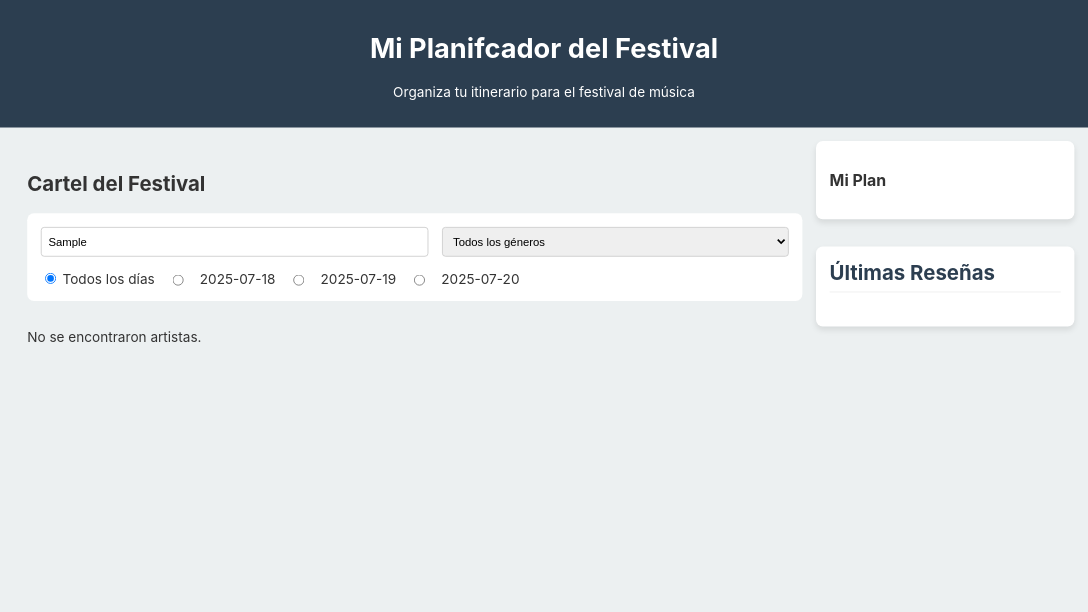
Repository: covaa15/DWEC
Page: Examen12_12_2025/index.html
These files come from the project's save history. The page is drawn as it stood at one moment and after the next save; the edit follows.
The browser window is 1280 px wide. The pictures show the whole page, at 85% of full size.
Empty fields were first filled with sample values (such as "Sample", 5 or name@example.com).
After loading, the first visible `#search-name` was changed once.

Above is the page before, as saved 2025-12-12 13:47:22.
Console error: ReferenceError: TodosInputs is not defined

### Examen12_12_2025/index.html
<!DOCTYPE html>
<html lang="es">
<head>
    <meta charset="UTF-8">
    <meta name="viewport" content="width=device-width, initial-scale=1.0">
    <title>Festival</title>
    <link rel="stylesheet" href="css/style.css">
</head>
<body>
    <!-- Encabezado principal de la aplicación -->
    <header>
        <h1>Mi Planifcador del Festival</h1>
        <p>Organiza tu itinerario para el festival de música</p>
    </header>

    <!-- Contenedor principal de la aplicación: organiza el dashboard y la columna derecha -->
    <div class="container">
        <!-- Sección principal del dashboard: muestra el cartel del festival y los filtros -->
        <main id="dashboard">
            <h2>Cartel del Festival</h2>
            <!-- Formulario de filtros para buscar y categorizar artistas -->
            <form id="filter-form">
                <input type="text" id="search-name" placeholder="Buscar por nombre...">
                <select id="filter-genre">
                    <option value="">Todos los géneros</option>
                    <!-- Las opciones de género se cargarán aquí dinámicamente mediante JavaScript -->
                </select>
                <div id="filter-day" class="radio-group">
                    <label><input type="radio" name="day" value="" checked> Todos los días</label>
                    <!-- Las opciones de día se cargarán aquí dinámicamente mediante JavaScript -->
                </div>
            </form>
            <!-- Contenedor donde se mostrarán las tarjetas de los artistas filtrados -->
            <div id="artist-list" class="grid-container">
                <!-- Las tarjetas de artistas se insertarán aquí por JavaScript -->
            </div>
        </main>

        <!-- Columna lateral derecha: contiene el plan del usuario y las reseñas -->
        <div class="right-column">
            <!-- Sección para el plan personalizado del usuario -->
            <aside id="my-plan-container">
                <h3>Mi Plan</h3>
                <!-- Lista donde se añadirán las actuaciones seleccionadas por el usuario -->
                <ul id="plan-list">
                    <!-- Las actuaciones añadidas aparecerán aquí por JavaScript -->
                </ul>
            </aside>
            <!-- Sección para mostrar las reseñas de los artistas -->
            <section id="reviews-section">
                <h2>Últimas Reseñas</h2>
                <!-- Contenedor donde se mostrarán las tarjetas de las reseñas -->
                <div id="reviews-list">
                    <!-- Las reseñas se insertarán aquí por JavaScript -->
                </div>
            </section>
        </div>
    </div>

    <!-- Modal para el formulario de reseña (inicialmente oculto) -->
    <div id="review-modal" class="modal-overlay" style="display: none;">
        <div class="modal-content">
            <button class="close-modal">&times;</button>
            <h3 id="modal-artist-name">Dejar reseña para...</h3>
            <!-- Formulario de reseña del artista. La validación se realiza en el cliente. -->
            <form id="review-form" novalidate>
                <div class="form-group">
                    <label>Calificación:</label>
                    <div class="star-rating">
                        <!-- Campos de radio para la calificación por estrellas (5 a 1) -->
                        <input type="radio" id="star5" name="rating" value="5" required><label for="star5" title="5 stars">★</label>
                        <input type="radio" id="star4" name="rating" value="4"><label for="star4" title="4 stars">★</label>
                        <input type="radio" id="star3" name="rating" value="3"><label for="star3" title="3 stars">★</label>
                        <input type="radio" id="star2" name="rating" value="2"><label for="star2" title="2 stars">★</label>
                        <input type="radio" id="star1" name="rating" value="1"><label for="star1" title="1 star">★</label>
                    </div>
                    <span class="error-message"></span>
                </div>
                <div class="form-group">
                    <label for="comment">Comentario:</label>
                    <textarea id="comment" name="comment" rows="4" minlength="15" required></textarea>
                    <span class="error-message"></span>
                </div>
                <div class="form-group">
                    <label for="email">Email:</label>
                    <input type="email" id="email" name="email" required>
                    <span class="error-message"></span>
                </div>
                <button type="submit">Enviar Reseña</button>
            </form>
        </div>
    </div>


    <!-- Mensaje de éxito temporal para confirmaciones de usuario (inicialmente oculto) -->
    <div id="success-message" class="success-message" style="display: none;"></div>

    <!-- Enlace al archivo JavaScript principal de la aplicación.
         El atributo 'type="module"' permite usar importaciones y exportaciones de módulos. -->
    <script src="js/main.js" type="module"></script>
</body>
</html>

### Examen12_12_2025/js/main.js
// js/main.js
let artistas = [];
let horarios = [];
let escenarios = [];
const dias = [];
let botonesPlan=null;;
const contenedorArtistas = document.querySelector("#artist-list");
const selectorGenero = document.querySelector('#filter-genre');
const buscador = document.querySelector('#search-name');
const filtrosDia = document.querySelector('#filter-day');
const listaPlanes=document.querySelector('#plan-list');
//Cargo los artistas
cargarEscenarios("./data/escenarios.json");
cargarHorarios("./data/horarios.json");
cargarArtistas("./data/artistas.json");



function cargarArtistas(ruta) {
    fetch(ruta)
        .then(res => res.json())
        .then(data => {
            artistas = data;
            mostrarArtistas(artistas);
        })
        .catch(error => console.log("Error al cargar productos:", error));

}
//Cargo los escenarios
function cargarEscenarios(ruta) {
    fetch(ruta)
        .then(res => res.json())
        .then(data => {
            escenarios = data;
            mostrarArtistas(artistas);
        })
        .catch(error => console.log("Error al cargar productos:", error));

}
//Cargo los horarios
function cargarHorarios(ruta) {
    fetch(ruta)
        .then(res => res.json())
        .then(data => {
            horarios = data;
            mostrarArtistas(artistas);
        })
        .catch(error => console.log("Error al cargar productos:", error));

}


function mostrarArtistas(artistas) {
    contenedorArtistas.innerHTML = "";
    cargarGeneros();
    cargarDias();
    artistas.forEach(artista => {
        const card = document.createElement('div');
        card.classList.add(".artist-card")

        let escenario = obtenerEscenario(artista.id);
        let horario = obtenerHorario(artista.id);
        card.innerHTML = `
        <h2>${artista.nombre}</h2>
        <p>${artista.genero} - ${artista.pais}</p>
        <div>
            <p>${horario.dia} a las ${horario.horaInicio}</p>
             <p> ${escenario}</p>
             <button id=${artista.id}>Añadir a mi plan</button>
        </div>
       `

        contenedorArtistas.appendChild(card);
    });
    activarBotones();

}
//Obtener el escenario
function obtenerEscenario(idArtista) {
    let nombreEscenario;
    const horario = obtenerHorario(idArtista);
    escenarios.forEach(escenario => {
        if (escenario.id === horario.escenarioId)
            nombreEscenario = escenario.nombre;
    });
    return nombreEscenario;
}

//Obtener Horarios
function obtenerHorario(idArtista) {
    let horarioArtista;
    horarios.forEach(horario => {

        if (horario.artistaId === idArtista)
            horarioArtista = horario;

    });
    return horarioArtista;
}

function cargarGeneros() {
    artistas.forEach(artista => {
        let opcion = document.createElement('option');
        opcion.textContent = artista.genero;

        selectorGenero.appendChild(opcion);
    });
}

function cargarDias() {

    horarios.forEach(horario => {


        if (dias.includes(horario.dia)===false) {
            dias.push(horario.dia);
            let label=document.createElement('label');
            label.textContent=horario.dia;
            let opcion = document.createElement('input');
            opcion.type = 'radio';
            opcion.name = 'day';
            opcion.value = horario.dia;
            filtrosDia.appendChild(opcion);
            filtrosDia.appendChild(label);

        }
    });
}


//Aplico los filtros
function aplicarFiltros() {
    const artistaBuscado = buscador.value.toLowerCase();
    let artistasFiltrados = artistas;
    const generoSeleccionado = selectorGenero.value.toLocaleLowerCase();

    if (artistaBuscado !== "") {
        artistasFiltrados = artistasFiltrados.filter(artista =>
            artista.nombre.toLowerCase().includes(artistaBuscado)
        );
    }

    if (generoSeleccionado !== '') {
        artistasFiltrados = artistasFiltrados.filter((artista) => {
            if (artista.genero.toLocaleLowerCase() === generoSeleccionado)
                return artista;
        }
        );
    }



    if (artistasFiltrados.length === 0) {
        contenedorArtistas.innerHTML = `<p>No se encontraron artistas.</p>`;
        contenedorArtistas.style.display = "block";
        return;
    }

    mostrarArtistas(artistasFiltrados);
}
buscador.addEventListener("input", aplicarFiltros);
selectorGenero.addEventListener("change", aplicarFiltros);

function activarBotones(){
    document.querySelectorAll("button").forEach(btn => {
        btn.addEventListener("click", () => {
            let artista=obtenerArtista(btn.id);
            let escenario=obtenerEscenario(artista.id);
            let horario=obtenerHorario(artista.id);

            let div=document.createElement('div');
            div.id=artista.id;

            let h1=document.createElement('h1');
            h1.textContent=artista.nombre;

            let p =document.createElement('p');
            p.textContent=escenario+' '+ horario.dia+'@'+horario.horaInicio;

            let div2=document.createElement('div');
            const botonReseña=document.createElement('button');
            botonReseña.textContent="Reseña Enviada";
            botonReseña.id=artista.id;
            botonReseña.className="reseña";

            const botonEliminar=document.createElement('button');
            botonEliminar.textContent="Eliminar";
            botonEliminar.id=artista.id;
            botonEliminar.className="eliminar";

            div2.appendChild(botonReseña);
            div2.appendChild(botonEliminar);

            div.appendChild(h1);
            div.appendChild(p);
            div.appendChild(div2);
            listaPlanes.appendChild(div);
            // listaPlanes.innerHTML=`
            // <h1>${artista.nombre}</h1>
            // <p>${escenario} ${horario.dia} @ ${horario.horaInicio}</p>
            // `

        });
    });

}

function eliminarReseña(){

    document.querySelectorAll(".eliminar").forEach(btn => {
        btn.addEventListener("click", () => {

        });
    });

}

function obtenerArtista(botonID){
let artistaBoton;
    artistas.forEach(artista=>{
        if(artista.id===botonID)
            artistaBoton=artista;
    });
    return artistaBoton;
}

TodosInputs.forEach(unInput => {
    unInput.addEventListener('change', () => {
        actualizarPedido();
    });
});

Loaded but not shown: Examen12_12_2025/data/artistas.json (90 lines, source omitted); Examen12_12_2025/data/horarios.json (86 lines, source omitted); Examen12_12_2025/data/escenarios.json (62 lines, source omitted); Examen12_12_2025/css/style.css (388 lines, source omitted)

After the next save:
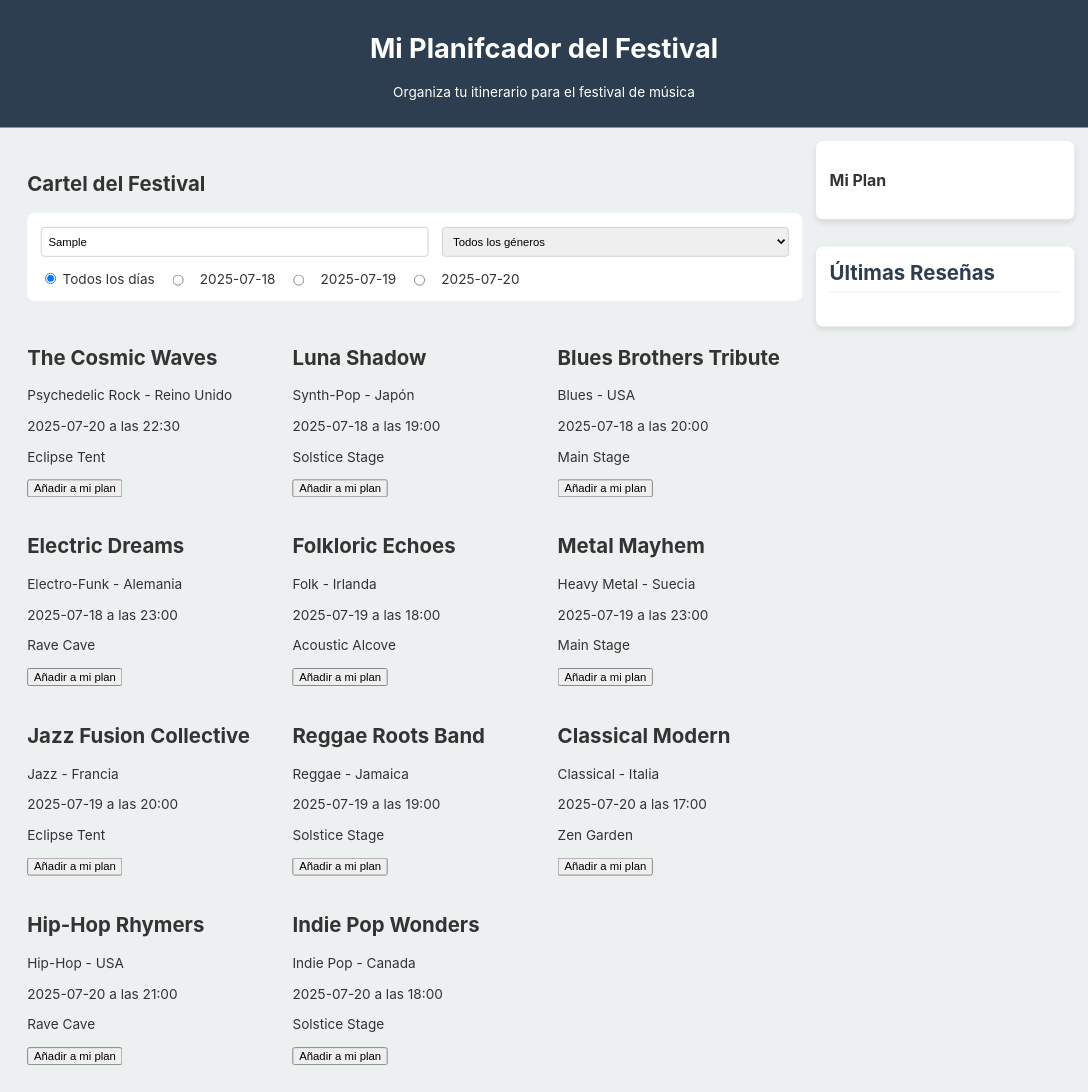
Console error: TypeError: TodosInputs.forEach is not a function
Saved 5 min 36 s later.
--- a/Examen12_12_2025/js/main.js
+++ b/Examen12_12_2025/js/main.js
@@ -9,6 +9,7 @@
 const buscador = document.querySelector('#search-name');
 const filtrosDia = document.querySelector('#filter-day');
 const listaPlanes=document.querySelector('#plan-list');
+let inputs;
 //Cargo los artistas
 cargarEscenarios("./data/escenarios.json");
 cargarHorarios("./data/horarios.json");
@@ -133,6 +134,7 @@
     const artistaBuscado = buscador.value.toLowerCase();
     let artistasFiltrados = artistas;
     const generoSeleccionado = selectorGenero.value.toLocaleLowerCase();
+    const TodosInputs=document.querySelector('input');
 
     if (artistaBuscado !== "") {
         artistasFiltrados = artistasFiltrados.filter(artista =>
@@ -147,6 +149,15 @@
         }
         );
     }
+    TodosInputs.forEach(unInput => {
+        unInput.addEventListener('change', () => {
+            if(unInput.value!==""){
+
+
+            }
+
+        });
+    });
 
 
 
@@ -224,8 +235,14 @@
     return artistaBoton;
 }
 
-TodosInputs.forEach(unInput => {
-    unInput.addEventListener('change', () => {
-        actualizarPedido();
-    });
-});
+
+function obtenerHorarioFecha(fecha){
+    let artista;
+    horarios.forEach(horario => {
+
+        if (horario.fecha === fecha)
+            artista = horario.artistaId;
+
+    });
+    return artista;
+}

After the 3 saves that followed:
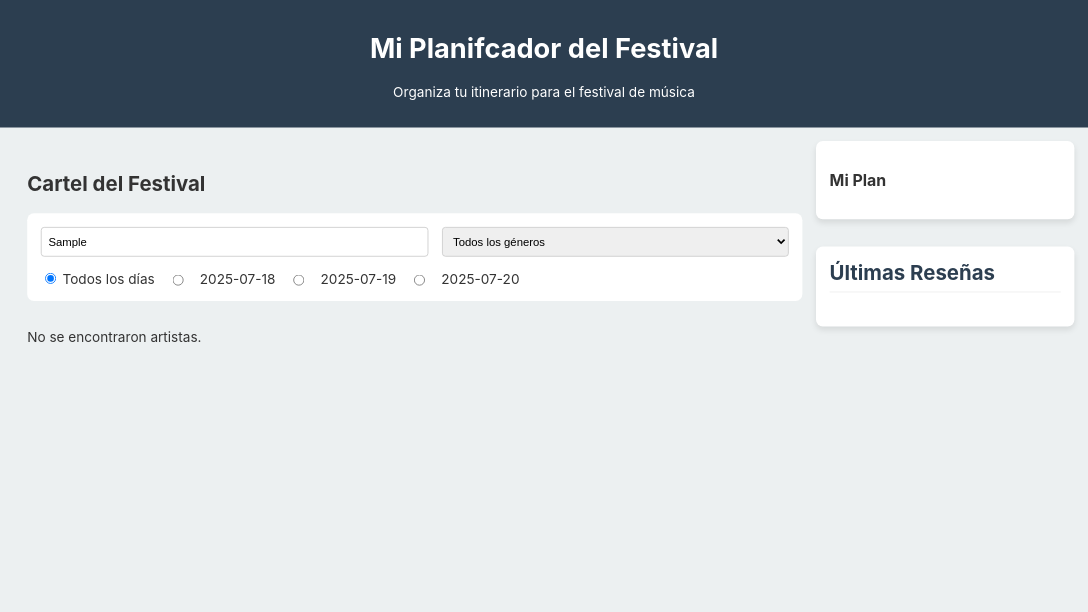
Console error: ReferenceError: TodosInputs is not defined
The 3 saves are shown as one change because 2 left the picture as it was.
The last was saved 3 min 7 s later.
--- a/Examen12_12_2025/js/main.js
+++ b/Examen12_12_2025/js/main.js
@@ -134,7 +134,6 @@
     const artistaBuscado = buscador.value.toLowerCase();
     let artistasFiltrados = artistas;
     const generoSeleccionado = selectorGenero.value.toLocaleLowerCase();
-    const TodosInputs=document.querySelector('input');
 
     if (artistaBuscado !== "") {
         artistasFiltrados = artistasFiltrados.filter(artista =>
@@ -146,20 +145,8 @@
         artistasFiltrados = artistasFiltrados.filter((artista) => {
             if (artista.genero.toLocaleLowerCase() === generoSeleccionado)
                 return artista;
-        }
-        );
+        });
     }
-    TodosInputs.forEach(unInput => {
-        unInput.addEventListener('change', () => {
-            if(unInput.value!==""){
-
-
-            }
-
-        });
-    });
-
-
 
     if (artistasFiltrados.length === 0) {
         contenedorArtistas.innerHTML = `<p>No se encontraron artistas.</p>`;
@@ -171,6 +158,24 @@
 }
 buscador.addEventListener("input", aplicarFiltros);
 selectorGenero.addEventListener("change", aplicarFiltros);
+
+
+TodosInputs.forEach(unInput => {
+    unInput.addEventListener('change', () => {
+        if(unInput.value!==""){
+            let idArtista=obtenerHorarioFecha(unInput.value);
+
+            artistasFiltrados = artistasFiltrados.filter((artista) => {
+                if (artista.id === idArtista)
+                    return artista;
+            });
+
+        }
+
+    });
+});
+
+
 
 function activarBotones(){
     document.querySelectorAll("button").forEach(btn => {
